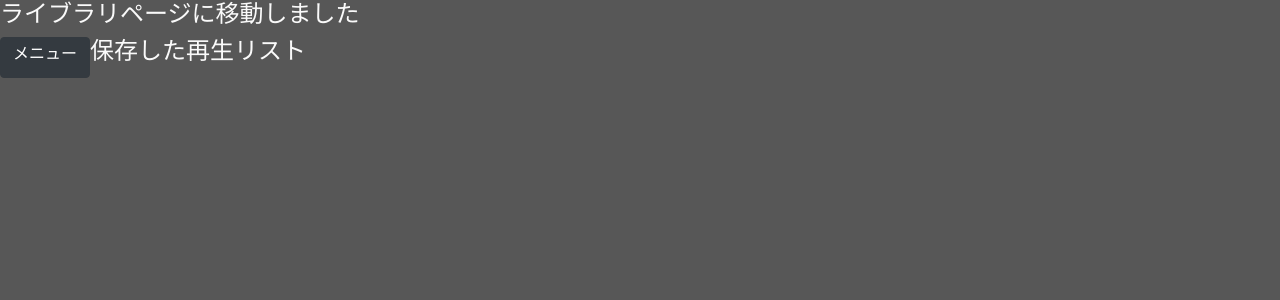
Repository: ShutaKamemura/Portfolio
Page: http://localhost/test/LibraryServlet
These files come from the project's save history. The page is drawn as it stood at one moment and after the next save; the edit follows.
The browser window is 1280 px wide. The pictures show the whole page.
Some web libraries are served in a nearby version. The page is served by Tomcat 9. Other server files are loaded and not shown.

Above is the page before, as saved 2020-06-29 03:52:38.
Console error: TypeError: Cannot read properties of null (reading 'addEventListener')

### test/WebContent/library.jsp
<%@ page language="java" contentType="text/html; charset=utf-8"
    pageEncoding="UTF-8"%>
<%@ taglib prefix="c" uri="http://java.sun.com/jsp/jstl/core" %>
<!DOCTYPE html>
<html>
<head>
<meta charset="UTF-8">
<title>ライブラリ</title>
<script src="https://kit.fontawesome.com/75beac86c5.js" crossorigin="anonymous"></script>
<link rel="stylesheet" href="https://stackpath.bootstrapcdn.com/bootstrap/4.5.0/css/bootstrap.min.css" integrity="sha384-9aIt2nRpC12Uk9gS9baDl411NQApFmC26EwAOH8WgZl5MYYxFfc+NcPb1dKGj7Sk" crossorigin="anonymous">
<link href="library.css" rel="stylesheet">
</head>
<body>
<h4>ライブラリページに移動しました</h4>
		<div class="tab" onclick="obj=document.getElementById('open').style; obj.display=(obj.display=='none')?'block':'none';">
			<button class="btn btn-dark">
			<h6 style="cursor: pointer;">メニュー</h6></button>
		</div>
		<div id="open" style="display:none;clear:both;">

			<div class="header-left">
				<div class="btn-group-vertical" role="group" aria-label="積み重ねボタングループ">

				<form action="MypageServlet" method="get">
					<button name="btn" value="home" class="btn btn-dark" style="width: 130px;">
					<i class="fas fa-home fa-fw"></i>HOME</button>
				</form>

				<form action="MypageServlet" method="get">
					<button name="btn" value="search" class="btn btn-dark" style="width: 130px;">
					<i class="fa fa-search fa-fw"></i>検索</button>
					<input type="hidden" name="selectWay" value="username">
				</form>

				<form action="MypageServlet" method="get">
					<button name="btn" value="like" class="btn btn-dark" style="width: 130px;">
					<i class="fa fa-navicon fa-fw"></i>ライブラリ</button>
				</form>

				<form action="MypageServlet" method="get">
					<button name="btn" value="set" class="btn btn-dark" style="width: 130px;">
					<i class="fas fa-cog fa-spin"></i>設定</button>
				</form>

				</div>
			</div>
		</div>
<h4>保存した再生リスト</h4>

<div>
	<c:if test="${list != null}">

		<div class="container">
			<div class="row">
			<c:forEach var="item" items="${list}">
				<tr>
				<div class="col-lg-4">

					<video style="width: 300px; height: 200px;" src="${item.replay}.mp4" poster="${item.img}.jpg" id="video">
						<source src="${item.replay}.mp4" type="video/mp4">
					</video>
					<br>
					<button id="goFS" style="background: #fafafa">
					<i class="fa fa-play-circle-o "></i> 再生する</button>

					<br>${item.name}<br>[${item.category}]<br>

					<form action="MypageServlet" method="get">
						<button name="btn" value="keep" style="background: #575757">＋ 保存</button>
						<input type="hidden" name="code" value="${item.code}">
					</form>
					<br>
					<br>
				</div>
				</tr>
			</c:forEach>
			</div>
		</div>
	</c:if>
</div>

<script>
 					 var goFS = document.getElementById("goFS");
					  goFS.addEventListener("click", function() {
 					     var video = document.getElementById("video");
  					    video.requestFullscreen();
 					 }, false);

					  video.onclick = function (event) {
						  if (video.fullscreenElement) {
						    video.exitFullscreen()
						  }
						};
					</script>


</body>
</html>

### test/src/controller/LibraryServlet.java
package controller;

import java.io.IOException;
import java.sql.SQLException;

import javax.servlet.RequestDispatcher;
import javax.servlet.ServletContext;
import javax.servlet.ServletException;
import javax.servlet.annotation.WebServlet;
import javax.servlet.http.HttpServlet;
import javax.servlet.http.HttpServletRequest;
import javax.servlet.http.HttpServletResponse;

import dbAccess.DBAccess;

/**
 * Servlet implementation class LibraryServlet
 */
@WebServlet("/LibraryServlet")
public class LibraryServlet extends HttpServlet {
	private static final long serialVersionUID = 1L;
	public static DBAccess dbAccess;
	/**
	 * @see HttpServlet#doGet(HttpServletRequest request, HttpServletResponse response)
	 */
	protected void doGet(HttpServletRequest request, HttpServletResponse response) throws ServletException, IOException {



		ServletContext context = getServletContext();
		RequestDispatcher dis = context.getRequestDispatcher("/library.jsp");
		dis.forward(request, response);
	}

	/**
	 * @see HttpServlet#doPost(HttpServletRequest request, HttpServletResponse response)
	 */
	protected void doPost(HttpServletRequest request, HttpServletResponse response) throws ServletException, IOException {
		// TODO Auto-generated method stub
		doGet(request, response);
	}

}

### test/WebContent/library.css
@charset "UTF-8";

body{
	background: #575757;
	color: #fafafa;
}

header {
	height: 45px;
	width: 100%;
	padding-top: 4px;
	background: #000000;
}

header h3 {
	float: right;
	text-align: center;
}

.btn {
	float:left;
}

.form-control {
	background: #575757;
}

.row {
	text-align: center;
}

.video-btn {
    content: "";
    position: absolute;
    top:0;
    left:0;
    right:0;
    bottom:40px; /*コントローラー分下部に余白を*/
    cursor: pointer;
}

After the next save:
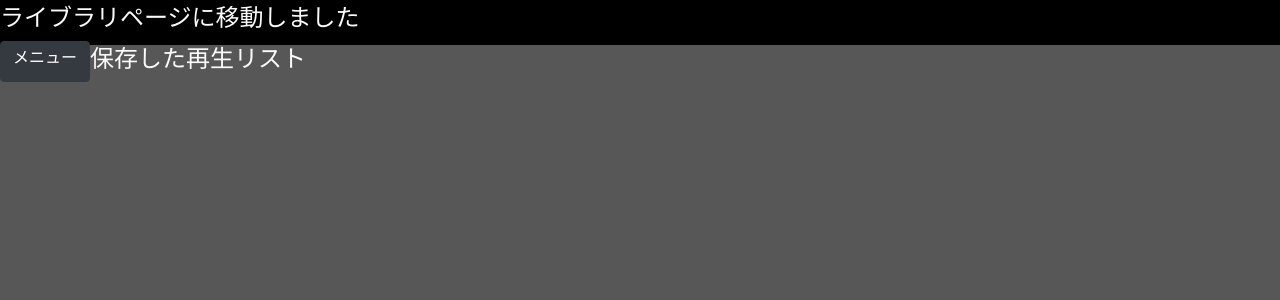
Saved 87 s later.
--- a/test/WebContent/library.jsp
+++ b/test/WebContent/library.jsp
@@ -11,6 +11,7 @@
 <link href="library.css" rel="stylesheet">
 </head>
 <body>
+<header>
 <h4>ライブラリページに移動しました</h4>
 		<div class="tab" onclick="obj=document.getElementById('open').style; obj.display=(obj.display=='none')?'block':'none';">
 			<button class="btn btn-dark">
@@ -45,6 +46,8 @@
 				</div>
 			</div>
 		</div>
+</header>
+
 <h4>保存した再生リスト</h4>
 
 <div>
